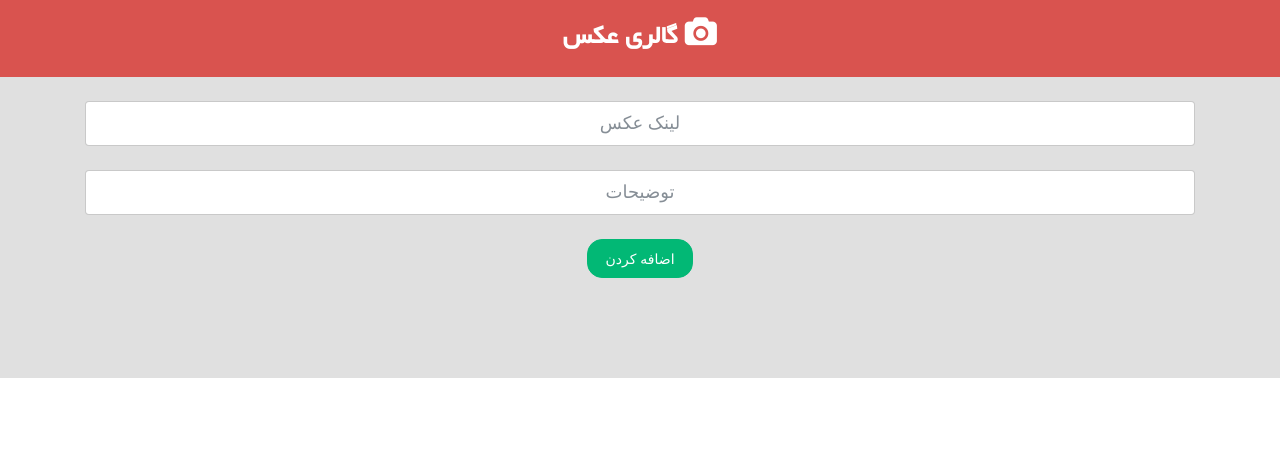
Repository: sadegh1379/PhotoWall-app
Page: /addphoto
An editor plug-in stored every save of this project. The page is shown before and after the next save, followed by the edit.
The browser window is 1280 px wide. The pictures show the whole page.
The project was rebuilt for these pictures with package versions that can differ from the ones it lists, and the page was loaded fresh each time. Also part of the build but not shown: src/Component/Photo.js, src/Component/PhotoWall.js.

Above is the page before, as saved 2020-02-22 13:24:13.

After the next save:
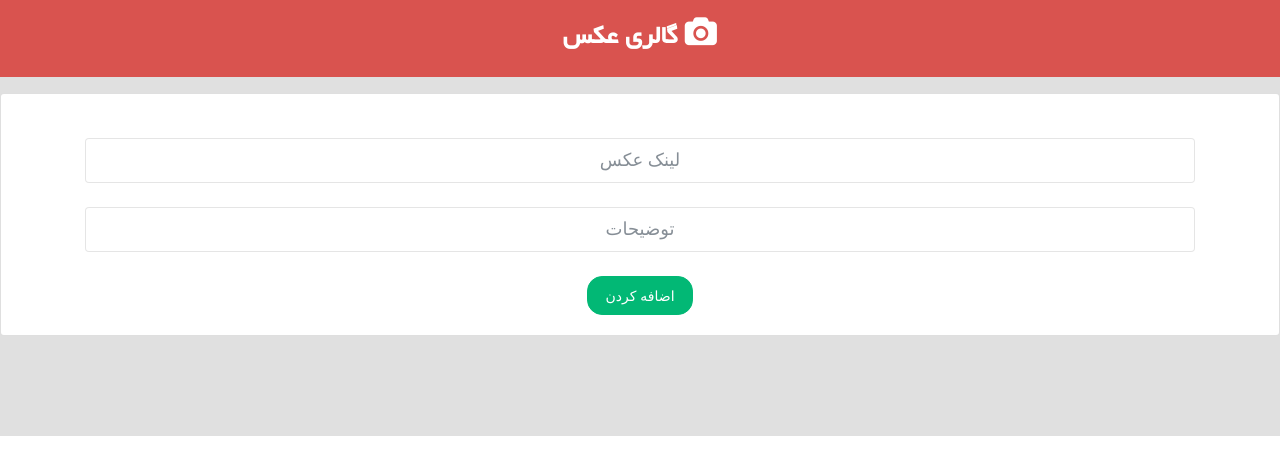
Saved 24 s later.
--- a/src/Component/AddPhoto.js
+++ b/src/Component/AddPhoto.js
@@ -3,7 +3,7 @@ import React, { Component } from 'react'
 export class AddPhoto extends Component {
     render() {
         return (
-            <div>
+            <div className="card card-body ">
                 <form className="container add-form">
                     <input type="text" placeholder="لینک عکس" className="form-control my-4 text-center"/>
                     <input type="text" placeholder="توضیحات" className="form-control text-center" />
